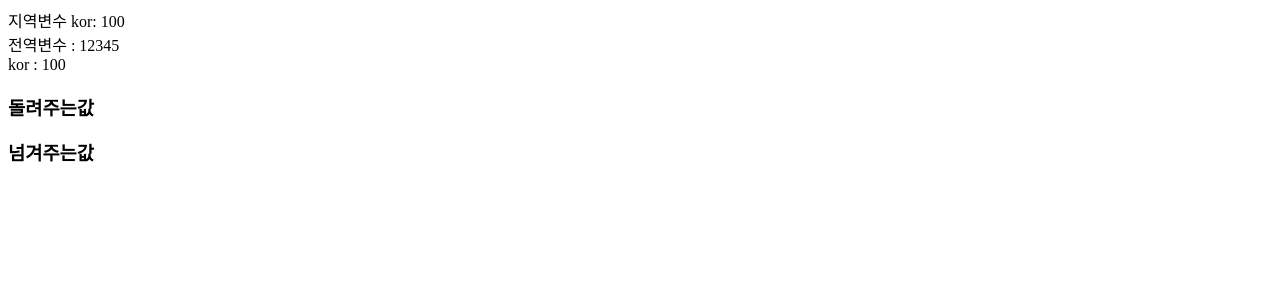
Repository: hangilyon/allJSPStudy
Page: javascript/ex03.html
These files come from the project's save history. The page is drawn as it stood at one moment and after the next save; the edit follows.
The browser window is 1280 px wide. The pictures show the whole page.

Above is the page before, as saved 2021-10-13 08:56:23.

### javascript/ex03.html
<!DOCTYPE html>
<html>
<head>
<meta charset="UTF-8">
<title>ex03</title>
<script type="text/javascript">
/*
 	var : 지역변수로 사용되며 변수의 재 선언이 가능하다
 	let : 지역변수로만 사용가능하며 변수의 재 선언이 불가능하다. 딱 한번만 사용이 가능하다
 	default(키워드 없음) : 전역변수로 사용가능하다.
 	const : 값 변경이 불가능하다. (=final)
 */
	function getValue(){
		kor = 90;
		kor = 100;
		document.write('지역변수 kor: '+kor+"<br>")
		document.write('전역변수 : '+kor01+"<br>")
	}
	var kor01 = 12345;
	getValue()
	document.write('kor : '+kor)

	function returnValue(){
		var k = "돌려주는값"
		return k;
	}
	document.write("<h3>"+ returnValue() + "</h3>")

	function argValue(msg,a,b,c){
		document.write("<h3>"+msg+"</h3>")
	}
	argValue("넘겨주는값")
</script>
</head>
<body>

</body>
</html>

After the next save:
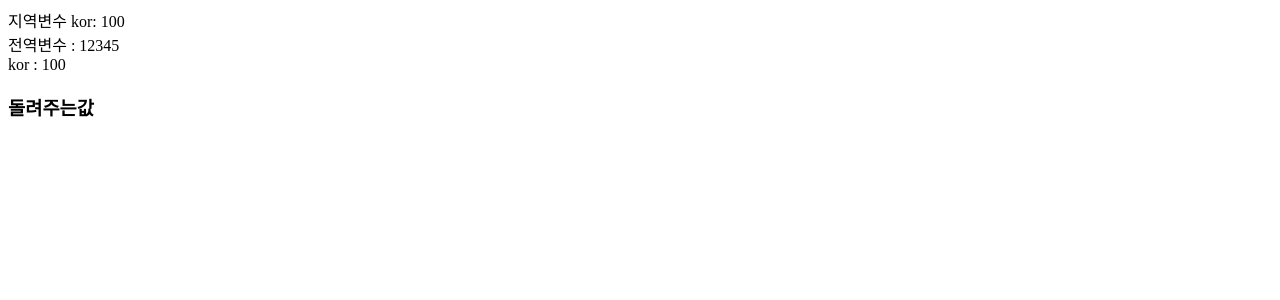
Console error: ReferenceError: a is not defined
Saved 5 s later.
--- a/javascript/ex03.html
+++ b/javascript/ex03.html
@@ -29,7 +29,7 @@
 	function argValue(msg,a,b,c){
 		document.write("<h3>"+msg+"</h3>")
 	}
-	argValue("넘겨주는값")
+	argValue("넘겨주는값",a,b,c)
 </script>
 </head>
 <body>

After the 3 saves that followed:
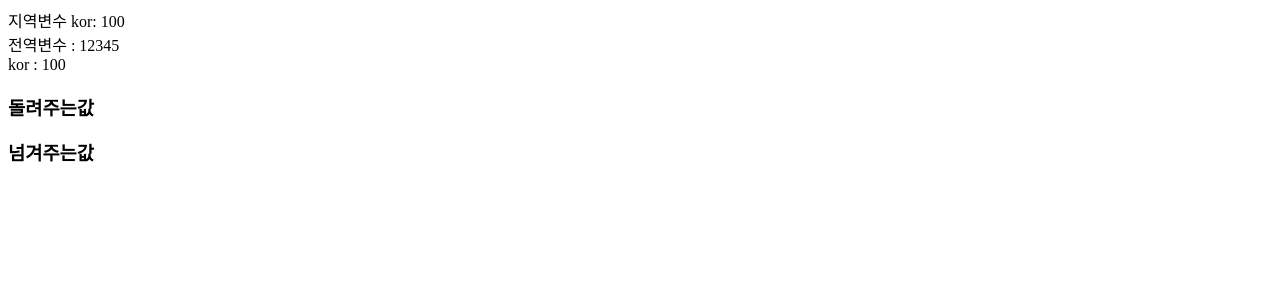
The error is gone.
The 3 saves are shown as one change because 2 left the picture as it was.
The last was saved 33 s later.
--- a/javascript/ex03.html
+++ b/javascript/ex03.html
@@ -26,10 +26,10 @@
 	}
 	document.write("<h3>"+ returnValue() + "</h3>")
 
-	function argValue(msg,a,b,c){
+	function argValue(msg,a,b,c,d){
 		document.write("<h3>"+msg+"</h3>")
 	}
-	argValue("넘겨주는값",a,b,c)
+	argValue("넘겨주는값","123","1234","12345","123456")
 </script>
 </head>
 <body>
